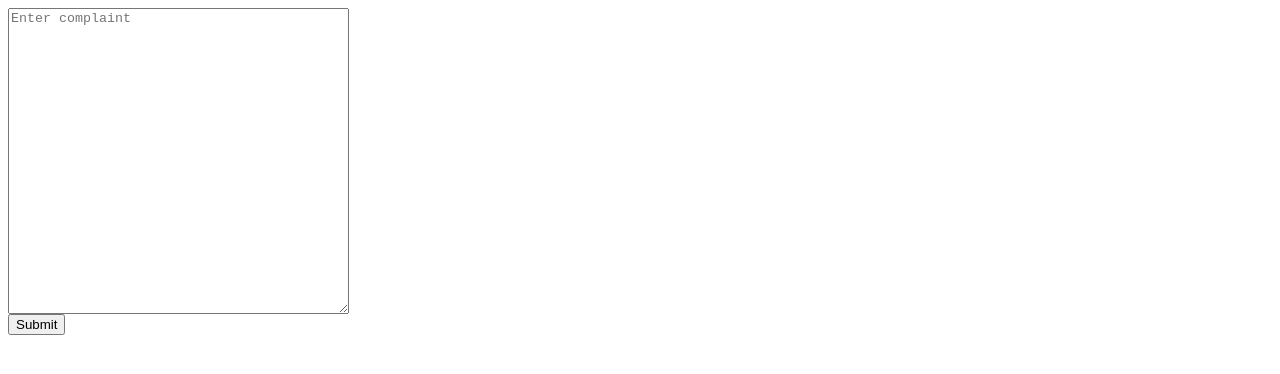
Repository: mkejeiri/Java-Entreprise
Page: http://localhost/complaintsystem/helloWorld
The author's editor kept a copy of each file at every save. The page is drawn from the files as they stood at one save, then again after the next save.
The browser window is 1280 px wide. The pictures show the whole page.
The page is served by Tomcat 9. Other server files are loaded and not shown.

Above is the page before, as saved 2018-05-10 19:00:56.

### complaintsystem/complaintsystem/WebContent/WEB-INF/HelloWorld.jsp
<%@ page language="java" contentType="text/html; charset=UTF-8"
    pageEncoding="UTF-8"%>
<!DOCTYPE html PUBLIC "-//W3C//DTD HTML 4.01 Transitional//EN" "http://www.w3.org/TR/html4/loose.dtd">
<html>
<head>
<meta http-equiv="Content-Type" content="text/html; charset=UTF-8">
<title>Insert title here</title>
</head>
<body>
	<form action="/submitComplaint" method="post">
		<textarea name="complaint" cols="40" rows="20" placeholder="Enter complaint"></textarea> <br/>
		<input type="submit" value="Submit">

	</form>
</body>
</html>

After the next save:
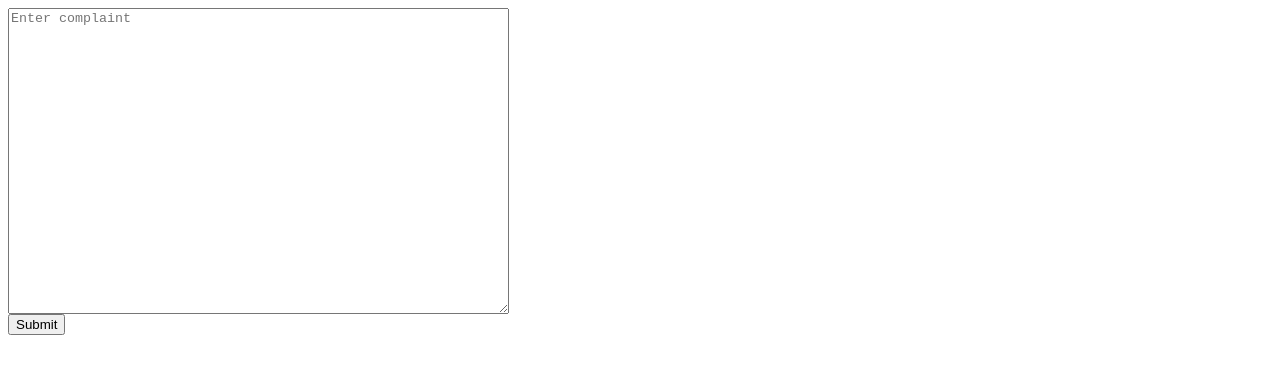
Saved 7 s later.
--- a/complaintsystem/complaintsystem/WebContent/WEB-INF/HelloWorld.jsp
+++ b/complaintsystem/complaintsystem/WebContent/WEB-INF/HelloWorld.jsp
@@ -8,7 +8,7 @@
 </head>
 <body>
 	<form action="/submitComplaint" method="post">
-		<textarea name="complaint" cols="40" rows="20" placeholder="Enter complaint"></textarea> <br/>
+		<textarea name="complaint" cols="60" rows="20" placeholder="Enter complaint"></textarea> <br/>
 		<input type="submit" value="Submit">
 
 	</form>
